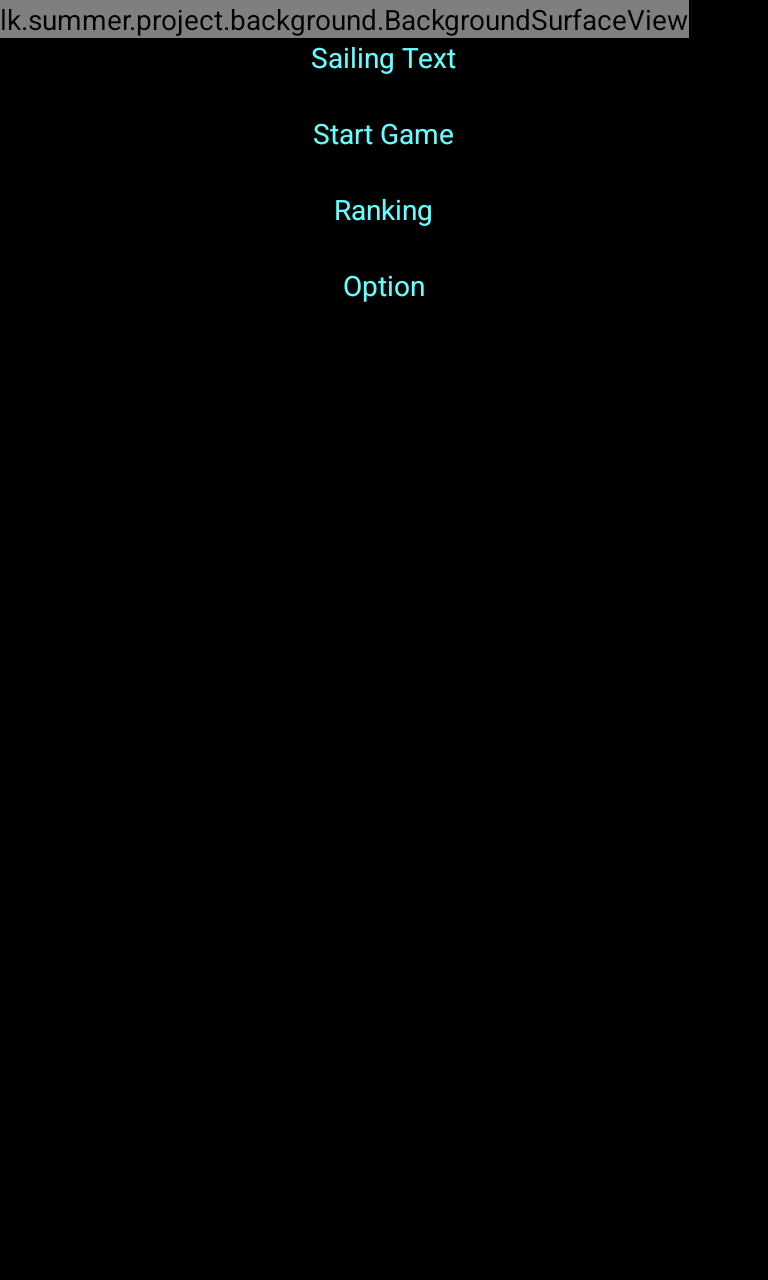
Repository: zwycid/dimension-drive-downside
Layout: lk/gameUIDesign/res/layout/activity_main.xml
These files come from the project's save history. The layout is drawn as it stood at one moment and after the next save; the edit follows.
Pictures or frames that could not be fetched are drawn as grey boxes. It is drawn on a 768 x 1280 px phone screen (xhdpi) without system bars, with theme AppTheme; the app's code is not run. Lists and similar views that code fills are empty.

Above is the layout before, as saved 2012-07-11 20:38:10.

After the next save:
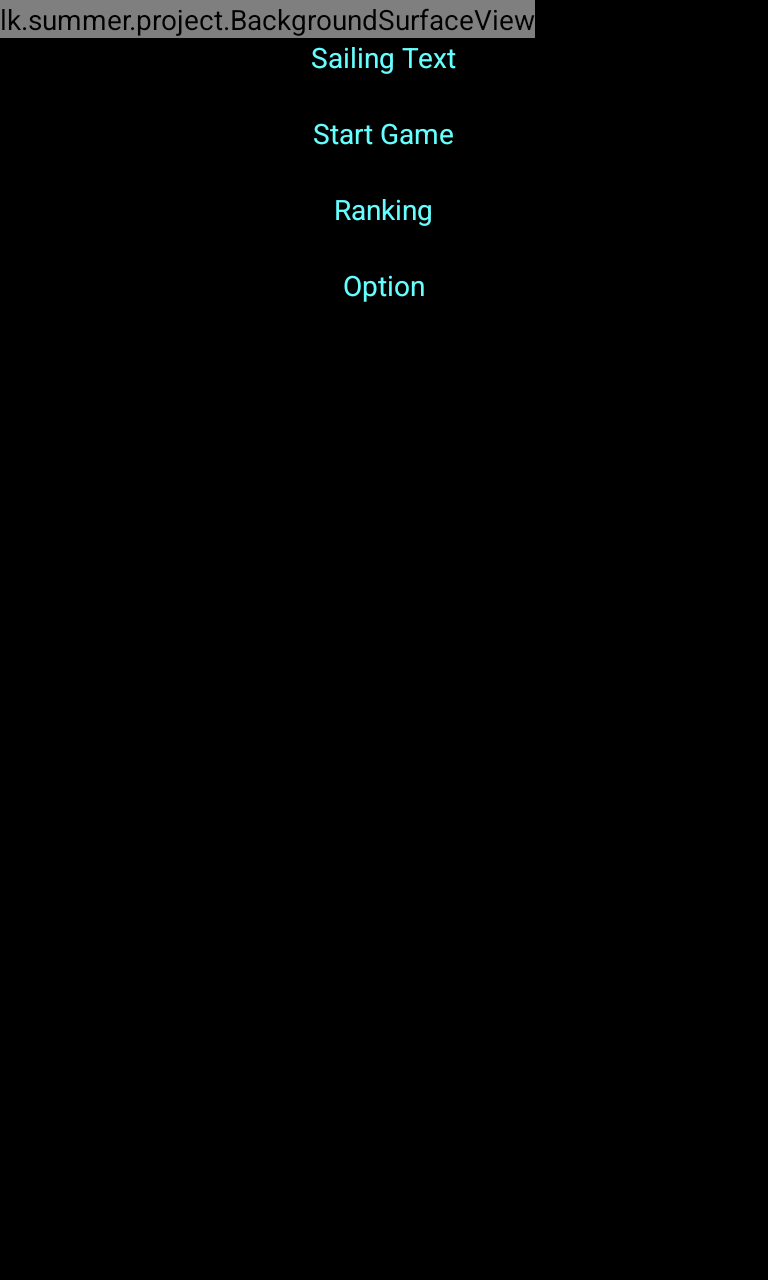
Saved 32 min 29 s later.
--- a/lk/gameUIDesign/res/layout/activity_main.xml
+++ b/lk/gameUIDesign/res/layout/activity_main.xml
@@ -5,7 +5,7 @@
     android:background="#000000"
     android:orientation="vertical" >
 
-    <lk.summer.project.background.BackgroundSurfaceView
+    <lk.summer.project.BackgroundSurfaceView
         android:id="@+id/BackgroundSurfaceView"
         android:layout_width="wrap_content"
         android:layout_height="wrap_content" />
